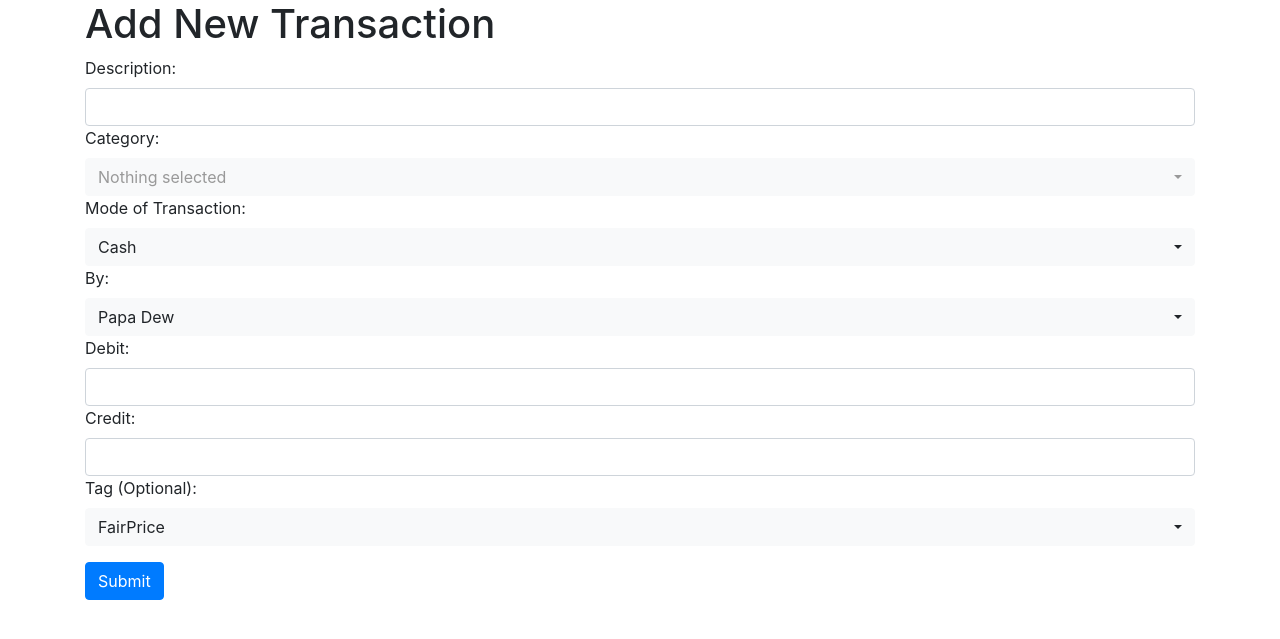
Repository: yucheng91/CI3-expenses-manager
Page: http://localhost/new-transaction/
The author's editor kept a record of every edit. The page is drawn from the files as they stood at one moment, then again after the next edit.
The browser window is 1280 px wide. The pictures show the whole page.
The page is served by the project's application, run on Flask 3 (app.py). The database holds what the project's SQL file puts in it.

Above is the page before.

### templates/new_transaction.html
<!doctype html>
<html lang="en">

<head>
  <!-- Required meta tags -->
  <meta charset="utf-8">
  <meta name="viewport" content="width=device-width, initial-scale=1, shrink-to-fit=no">

  <!-- Bootstrap CSS -->
  <link rel="stylesheet" href="https://stackpath.bootstrapcdn.com/bootstrap/4.3.1/css/bootstrap.min.css" integrity="sha384-ggOyR0iXCbMQv3Xipma34MD+dH/1fQ784/j6cY/iJTQUOhcWr7x9JvoRxT2MZw1T" crossorigin="anonymous">
  <!-- Latest compiled and minified CSS -->
  <link rel="stylesheet" href="https://cdn.jsdelivr.net/npm/bootstrap-select@1.13.10/dist/css/bootstrap-select.min.css">

  <title>Hello, world!</title>
</head>

<body>
  <div class="container">
    <h1>Add New Transaction</h1>
    <form method='post'>
      <class='form-group'>
        <label class='label'>
                      Description:
                  </label>
        <input type='text' class='form-control' name='transaction'>
        <label class='label'>
                      Category:
                  </label>
        <select name='category' class='form-control selectpicker' multiple data-live-search="true">
                          {%for d in categories %}
                          <option value='{{ d['id'] }}' {%if d['id'] == categoriesid %}selected='selected'{%endif%}>{{ d['name'] }}</option>
                               {%endfor%}
                      </select>
        <label class='label'>
                      Mode of Transaction:
                  </label>
        <select name='mode' class='form-control selectpicker' data-live-search="true">
                  {%for d in mode %}
                  <option value='{{ d['id'] }}' {%if d['id'] == modeid %}selected='selected'{%endif%}>{{ d['name'] }}</option>
                       {%endfor%}
              </select>
        <label class='label'>
                      By:
                  </label>
        <select name='by' class='form-control selectpicker' data-live-search="true">
                  {%for d in account %}
                  <option value='{{ d['id'] }}' {%if d['id'] == accountid %}selected='selected'{%endif%}>{{ d['name'] }}</option>
                       {%endfor%}
              </select>
        <label class='label'>
                      Debit:
                  </label>
        <input type='text' class='form-control' name='debit'>
        </class>
        <label class='label'>
                      Credit:
                  </label>
        <input type='text' class='form-control' name='credit'>
        </class>
                <label class='tag'>
                      Tag (Optional):
                  </label>
        <select name='tag' class='form-control selectpicker' data-live-search="true">
                  {%for d in tag %}
                  <option value='{{ d['id'] }}' {%if d['id'] == accountid %}selected='selected'{%endif%}>{{ d['name'] }}</option>
                       {%endfor%}
              </select>
        <input type='submit' class='btn btn-primary mt-3'>
    </form>
  </div>

  <!-- Optional JavaScript -->
  <!-- jQuery first, then Popper.js, then Bootstrap JS -->
  <script src="https://code.jquery.com/jquery-3.3.1.slim.min.js" integrity="sha384-q8i/X+965DzO0rT7abK41JStQIAqVgRVzpbzo5smXKp4YfRvH+8abtTE1Pi6jizo" crossorigin="anonymous"></script>
  <script src="https://cdnjs.cloudflare.com/ajax/libs/popper.js/1.14.7/umd/popper.min.js" integrity="sha384-UO2eT0CpHqdSJQ6hJty5KVphtPhzWj9WO1clHTMGa3JDZwrnQq4sF86dIHNDz0W1" crossorigin="anonymous"></script>
  <script src="https://stackpath.bootstrapcdn.com/bootstrap/4.3.1/js/bootstrap.min.js" integrity="sha384-JjSmVgyd0p3pXB1rRibZUAYoIIy6OrQ6VrjIEaFf/nJGzIxFDsf4x0xIM+B07jRM" crossorigin="anonymous"></script>
  <!-- Latest compiled and minified JavaScript -->
  <script src="https://cdn.jsdelivr.net/npm/bootstrap-select@1.13.10/dist/js/bootstrap-select.min.js"></script>
</body>

</html>

### app.py
from flask import Flask, render_template, request, redirect, url_for
import os
import pymysql

connection = pymysql.connect(
    host='localhost', # IP address of the database; localhost means "the local machine"
    user="yucheng91",  #the mysql user
    password="coconuty", #the password for the user
    database="expenses" #the name of database we want to use
)

#if PHP doesn't show, perform $ sudo apt-get install --reinstall libapache2-mod-php7.2

app = Flask(__name__)

@app.route('/home')
def home():
    return render_template('index.html')

@app.route('/view-all')
def viewall():
    cursor = connection.cursor(pymysql.cursors.DictCursor)
    sql = "SELECT * FROM transaction JOIN categories ON transaction.categoriesid = categories.id JOIN mode ON transaction.modeid = mode.id JOIN account on transaction.accountid = account.id"
    cursor.execute(sql)
    results = []
    for r in cursor:
         results.append(r)

    sql = "SELECT SUM(debit) AS totaldebit FROM transaction"
    cursor.execute(sql)
    totaldebit = cursor.fetchone()

    sql = "SELECT SUM(credit) AS totalcredit FROM transaction"
    cursor.execute(sql)
    totalcredit = cursor.fetchone()

    sql = "SELECT (SELECT SUM(debit) AS sumdebit FROM transaction) - (SELECT SUM(credit) AS sumcredit FROM transaction) AS balance FROM transaction"
    cursor.execute(sql)
    balance = cursor.fetchone()

    return render_template('transaction_overview.html', data=results, totaldebit = totaldebit, totalcredit = totalcredit,balance=balance)

@app.route('/new-transaction/', methods=["GET"])
def addtransaction():

    cursor = connection.cursor(pymysql.cursors.DictCursor)
    sql = "SELECT * FROM mode"
    # fetch all genres and store it in a list
    cursor.execute(sql)
    mode = []
    for r in cursor:
        mode.append({
            'id' : r['id'],
            'name': r['mname']
        })

    # fetch all media type and store it in a list
    sql = "SELECT * FROM categories"
    cursor.execute(sql)
    categories = []
    for r in cursor:
        categories.append({
            'id':r['id'],
            'name': r['cname']
        })

    # fetch all media type and store it in a list
    sql = "SELECT * FROM account"
    cursor.execute(sql)
    account = []
    for r in cursor:
        account.append({
            'id':r['id'],
            'name': r['aname']
        })

    sql = "SELECT * FROM tag"
    cursor.execute(sql)
    tag = []
    for r in cursor:
        tag.append({
            'id':r['id'],
            'name': r['tname']
        })

    return render_template('new_transaction.html', mode=mode, categories=categories, account=account, tag=tag)

@app.route('/new-transaction/', methods=["POST"])
def process_addtransaction():
    transaction_name = request.form.get("transaction")
    category_name = request.form.get("category")
    mode_name = request.form.get("mode")
    by_name = request.form.get("by")
    debit_name = request.form.get("debit")
    if request.form.get("debit") == "":
        debit_name = "0"

    credit_name = request.form.get("credit")
    if request.form.get("credit") == "":
        credit_name = "0"

    cursor = connection.cursor(pymysql.cursors.DictCursor)

    sql = "INSERT INTO transaction (description,categoriesid,modeid,accountid,debit,credit) VALUE (%s,%s,%s,%s,%s,%s)"
    cursor.execute(sql,[transaction_name,category_name,mode_name,by_name,debit_name,credit_name])

    transactionid = cursor.lastrowid
    tagid = request.form.getlist("tag")
    for t in tagid:
        sql = "INSERT INTO transactiontag (transactionid,tagid) VALUE (%s,%s)"
        cursor.execute(sql,[transactionid,t])

    connection.commit()
    return redirect(url_for('viewall'))

# Edit transaction
@app.route('/view-all/edit/<id>')
def edit_transaction(id):

    cursor = connection.cursor(pymysql.cursors.DictCursor)
    sql = "SELECT * FROM transaction JOIN transactiontag ON transaction.id = transactiontag.transactionid JOIN tag ON transactiontag.tagid = tag.id WHERE transaction.id = {}".format(id)
    cursor.execute(sql)
    transaction = cursor.fetchone()

    sql = "SELECT * FROM mode"
    # fetch all genres and store it in a list
    cursor.execute(sql)
    mode = []
    for r in cursor:
        mode.append({
            'id' : r['id'],
            'name': r['mname']
        })

    sql = "SELECT * FROM categories"
    cursor.execute(sql)
    categories = []
    for r in cursor:
        categories.append({
            'id':r['id'],
            'name': r['cname']
        })

    sql = "SELECT * FROM account"
    cursor.execute(sql)
    account = []
    for r in cursor:
        account.append({
            'id':r['id'],
            'name': r['aname']
        })

    sql = "SELECT * FROM tag"
    cursor.execute(sql)
    tag = []
    for r in cursor:
        tag.append({
            'id':r['id'],
            'name': r['tname']
        })

    return render_template('edit_transaction.html', transaction = transaction, mode=mode, categories=categories, account=account, tag=tag)

@app.route('/view-all/edit/<id>', methods=['POST'])
def update_transaction(id):
    transaction_name = request.form.get("transaction")
    category_name = request.form.get("category")
    mode_name = request.form.get("mode")
    by_name = request.form.get("by")
    debit_name = request.form.get("debit")
    if request.form.get("debit") == "":
        debit_name = "0"

    credit_name = request.form.get("credit")
    if request.form.get("credit") == "":
        credit_name = "0"

    cursor = connection.cursor(pymysql.cursors.DictCursor)

    cursor.execute("UPDATE transaction SET description = '{}',categoriesid = '{}',modeid = '{}',accountid = '{}',debit = '{}',credit = '{}' WHERE id = {}".format(transaction_name,category_name,mode_name,by_name,debit_name,credit_name,id))

    connection.commit()
    return redirect(url_for('viewall'))

# "magic code" -- boilerplate
if __name__ == '__main__':
    app.run(host=os.environ.get('IP'),
            port=int(os.environ.get('PORT')),
            debug=True)

### database.sql (the tables this page reads)
CREATE TABLE `account` (
  `id` int(3) NOT NULL AUTO_INCREMENT,
  `aname` varchar(55) NOT NULL,
  `description` text NOT NULL,
  `createdAt` timestamp NOT NULL DEFAULT CURRENT_TIMESTAMP ON UPDATE CURRENT_TIMESTAMP,
  PRIMARY KEY (`id`)
) ENGINE=InnoDB AUTO_INCREMENT=4 DEFAULT CHARSET=latin1;

INSERT INTO `account` VALUES (1,'Papa Dew','Father of Dew\'s Family','2019-08-02 04:35:32'),(2,'Mama Dew','Mother of Dew\'s Family','2019-08-02 04:56:52'),(3,'Brother Dew','Brother of Dew\'s Family','2019-08-02 04:56:30');

CREATE TABLE `categories` (
  `id` int(3) NOT NULL AUTO_INCREMENT,
  `cname` varchar(55) CHARACTER SET utf8 NOT NULL,
  `description` text NOT NULL,
  `createdAt` timestamp NOT NULL DEFAULT CURRENT_TIMESTAMP ON UPDATE CURRENT_TIMESTAMP,
  PRIMARY KEY (`id`)
) ENGINE=InnoDB AUTO_INCREMENT=10 DEFAULT CHARSET=latin1;

INSERT INTO `categories` VALUES (1,'Personal','Personal private expenses','2019-08-02 04:57:58'),(2,'House','Housing expenses','2019-08-02 04:57:58'),(3,'Food','Daily food expenses','2019-08-02 05:00:07'),(4,'Transport','Transportation expenses','2019-08-02 05:00:07'),(5,'Clothing','Clothing expenses','2019-08-02 05:00:07'),(6,'Fun','Entertainment expenses (such as movie, musical, theme park)','2019-08-02 05:00:07'),(7,'Family','Family expenses','2019-08-02 05:00:07'),(8,'Misc','For everything else','2019-08-02 05:00:07'),(9,'Income','Monthly income','2019-08-02 05:00:35');

CREATE TABLE `mode` (
  `id` int(3) NOT NULL AUTO_INCREMENT,
  `mname` varchar(55) NOT NULL,
  `createdAt` timestamp NOT NULL DEFAULT CURRENT_TIMESTAMP ON UPDATE CURRENT_TIMESTAMP,
  PRIMARY KEY (`id`)
) ENGINE=InnoDB AUTO_INCREMENT=7 DEFAULT CHARSET=latin1;

INSERT INTO `mode` VALUES (1,'Cash','2019-08-02 05:02:32'),(2,'Debit Card','2019-08-02 05:02:32'),(3,'Credit Card','2019-08-02 05:02:32'),(4,'Mobile (PayNow/Paylah)','2019-08-02 05:02:32'),(5,'Bank','2019-08-05 03:29:46'),(6,'Others','2019-08-26 08:38:17');

CREATE TABLE `tag` (
  `id` int(11) NOT NULL AUTO_INCREMENT,
  `tname` varchar(30) CHARACTER SET utf8 NOT NULL,
  PRIMARY KEY (`id`)
) ENGINE=InnoDB AUTO_INCREMENT=15 DEFAULT CHARSET=latin1;

INSERT INTO `tag` VALUES (1,'FairPrice '),(2,'Sheng Siong'),(3,'Giant'),(4,'Capitaland'),(5,'Insurance'),(6,'Taxi'),(7,'Restaurant'),(8,'Phone Bill'),(9,'Utilities Bill'),(10,'Grocery'),(11,'Airfare'),(12,'Hotel'),(13,'School'),(14,'Stationary');

After the next edit:
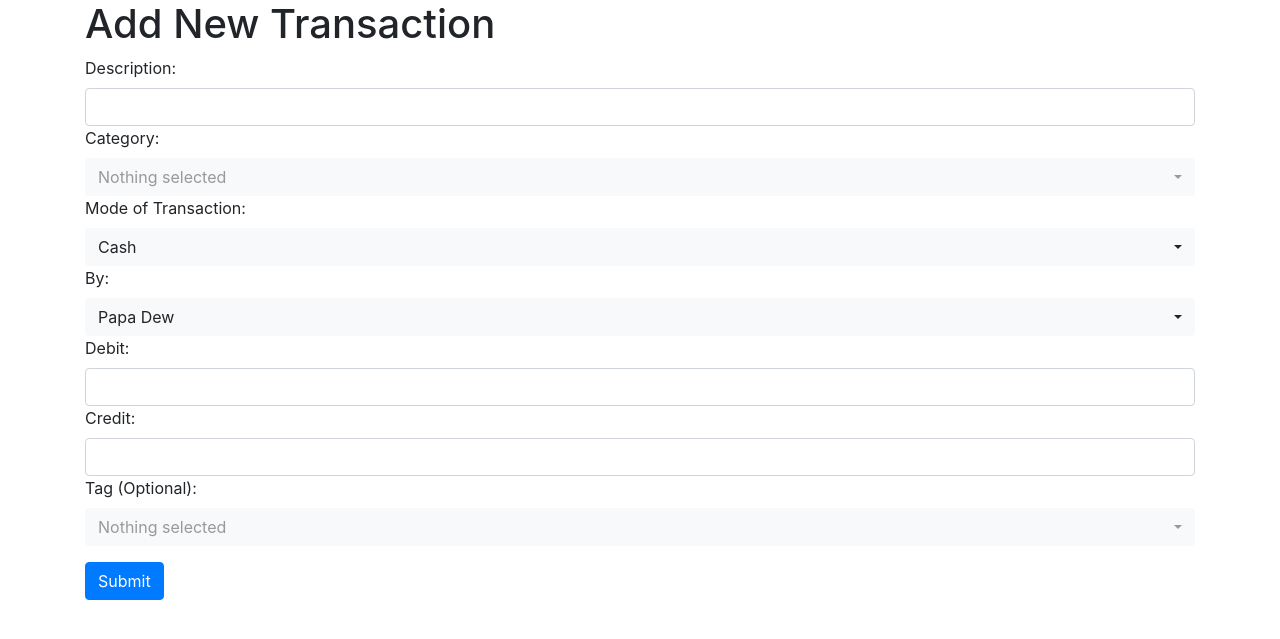
The edit:
--- a/templates/new_transaction.html
+++ b/templates/new_transaction.html
@@ -60,7 +60,7 @@
                 <label class='tag'>
                       Tag (Optional):
                   </label>
-        <select name='tag' class='form-control selectpicker' data-live-search="true">
+        <select name='tag' class='form-control selectpicker' Multiple data-live-search="true">
                   {%for d in tag %}
                   <option value='{{ d['id'] }}' {%if d['id'] == accountid %}selected='selected'{%endif%}>{{ d['name'] }}</option>
                        {%endfor%}
